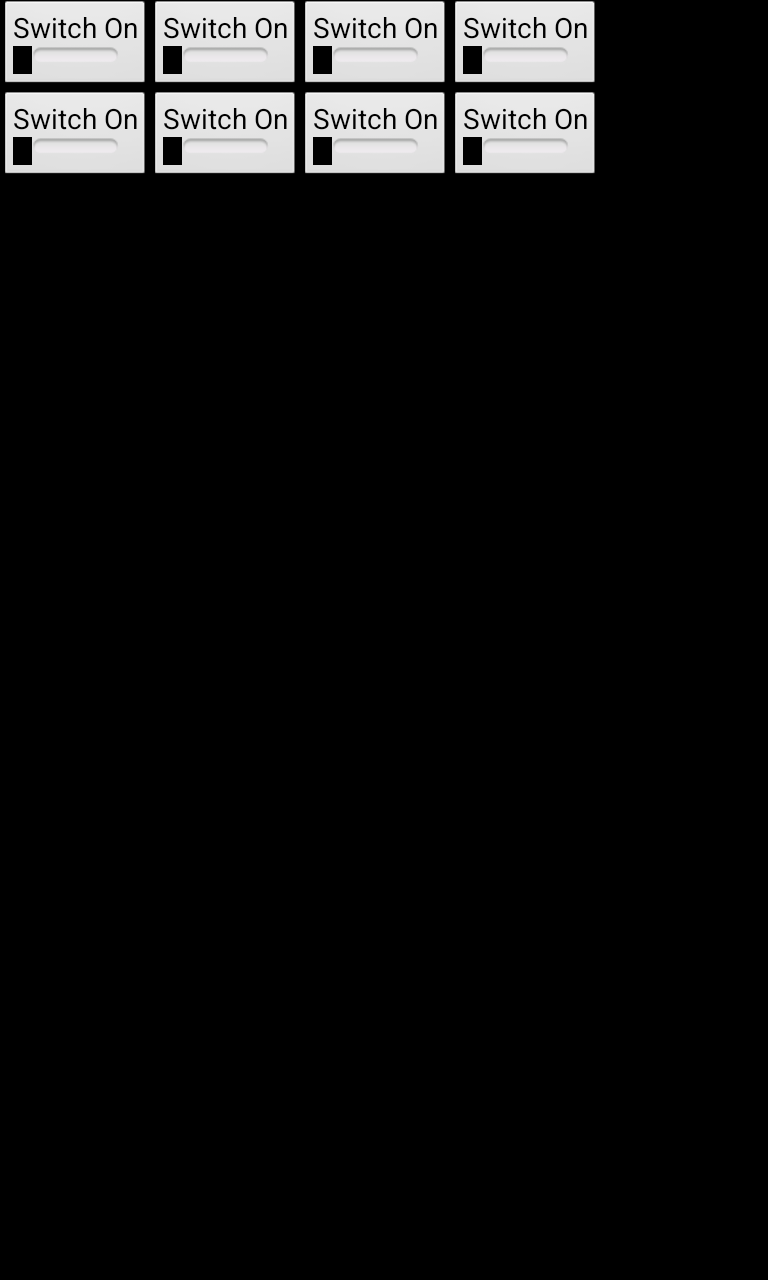
Repository: andrewmacquarrie/BoardTests
Layout: BoardTest/res/layout/main.xml
These files come from the project's save history. The layout is drawn as it stood at one moment and after the next save; the edit follows.
Pictures or frames that could not be fetched are drawn as grey boxes. It is drawn on a 768 x 1280 px phone screen (xhdpi) without system bars, with theme android:Theme; the app's code is not run.

Above is the layout before, as saved 2011-03-29 14:32:58.

### BoardTest/res/layout/main.xml
<?xml version="1.0" encoding="utf-8"?>
<LinearLayout xmlns:android="http://schemas.android.com/apk/res/android"
    android:orientation="vertical"
    android:layout_width="fill_parent"
    android:layout_height="fill_parent"
    >
	<LinearLayout xmlns:android="http://schemas.android.com/apk/res/android"
	    android:orientation="horizontal"
	    android:layout_width="wrap_content"
	    android:layout_height="wrap_content"
	    >
	<ToggleButton
	     android:layout_height="wrap_content"
	     android:layout_width="wrap_content"
	     android:tag="1"
	     android:textOff="Switch On"
		 android:textOn="Switch Off"
	     android:onClick="toggleOutput" />
	<ToggleButton
	     android:layout_height="wrap_content"
	     android:layout_width="wrap_content"
	     android:tag="2"
	     android:textOff="Switch On"
		 android:textOn="Switch Off"
	     android:onClick="toggleOutput" />
	<ToggleButton
	     android:layout_height="wrap_content"
	     android:layout_width="wrap_content"
	     android:tag="3"
	     android:textOff="Switch On"
		 android:textOn="Switch Off"
	     android:onClick="toggleOutput" />
	<ToggleButton
	     android:layout_height="wrap_content"
	     android:layout_width="wrap_content"
	     android:tag="4"
	     android:textOff="Switch On"
		 android:textOn="Switch Off"
	     android:onClick="toggleOutput" />
	</LinearLayout>
	<LinearLayout xmlns:android="http://schemas.android.com/apk/res/android"
	    android:orientation="horizontal"
	    android:layout_width="wrap_content"
	    android:layout_height="wrap_content"
	    >
	<ToggleButton
	     android:layout_height="wrap_content"
	     android:layout_width="wrap_content"
	     android:tag="5"
	     android:textOff="Switch On"
		 android:textOn="Switch Off"
	     android:onClick="toggleOutput" />
	<ToggleButton
	     android:layout_height="wrap_content"
	     android:layout_width="wrap_content"
	     android:tag="6"
	     android:textOff="Switch On"
		 android:textOn="Switch Off"
	     android:onClick="toggleOutput" />
	<ToggleButton
	     android:layout_height="wrap_content"
	     android:layout_width="wrap_content"
	     android:tag="7"
	     android:textOff="Switch On"
		 android:textOn="Switch Off"
	     android:onClick="toggleOutput" />
	<ToggleButton
	     android:layout_height="wrap_content"
	     android:layout_width="wrap_content"
	     android:tag="8"
	     android:textOff="Switch On"
		 android:textOn="Switch Off"
	     android:onClick="toggleOutput" />
	</LinearLayout>

</LinearLayout>

After the next save:
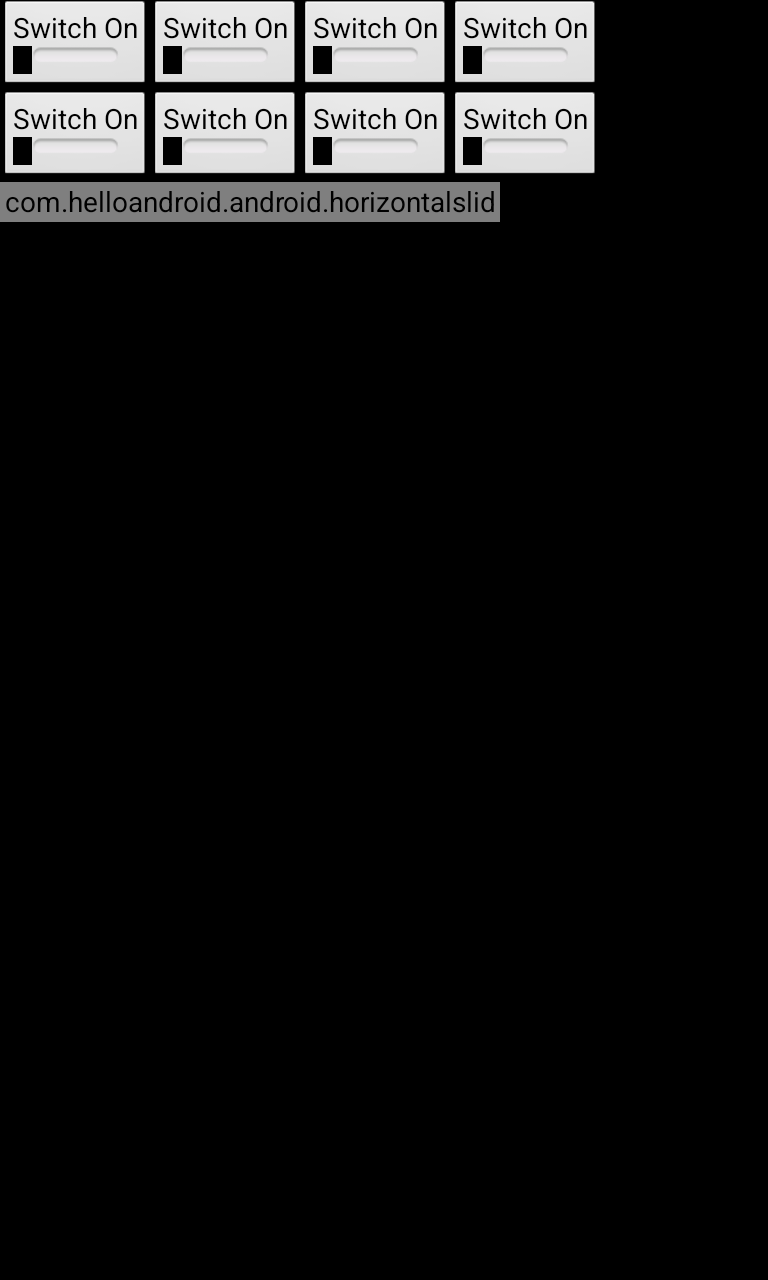
Saved 49 s later.
--- a/BoardTest/res/layout/main.xml
+++ b/BoardTest/res/layout/main.xml
@@ -72,5 +72,10 @@
 		 android:textOn="Switch Off"
 	     android:onClick="toggleOutput" />
 	</LinearLayout>
-
+<com.helloandroid.android.horizontalslider.HorizontalSlider
+                android:id="@+id/slider"
+                android:layout_width="250dip"
+                android:layout_height="20dip"
+                android:max="10000"
+                android:layout_centerHorizontal="true" />
 </LinearLayout>
